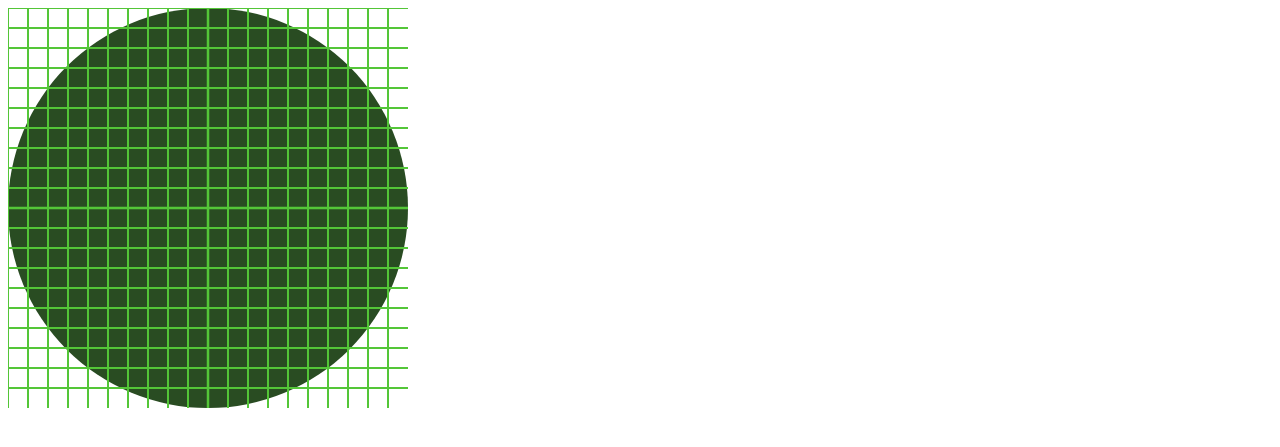
Repository: pedro-mancano/ProjetoCDM204
Page: scripts/radar.html
An editor plug-in stored every save of this project. The page is shown before and after the next save, followed by the edit.
The browser window is 1280 px wide. The pictures show the whole page.

Above is the page before, as saved 2024-11-27 08:02:53.

### scripts/radar.html
<html>

<head>
  <title>Radars</title>
  <link rel="stylesheet" type="text/css" href="./radar.css">
</head>

<body>
  <div class="radar">
    <canvas id="radarCanvas" width="400" height="400"></canvas>
  </div>
  <script src="./radar.js"></script>

</html>

### scripts/radar.js
const canvas = document.getElementById('radarCanvas');
const ctx = canvas.getContext('2d');
let lastDraw = performance.now();

function draw(elapsed) {
  ctx.clearRect(0, 0, canvas.width, canvas.height);

  const height = canvas.height;
  const width = canvas.width;

  ctx.fillStyle = '#294c22';
  // Draw the radar circle
  ctx.beginPath();
  ctx.arc(canvas.width / 2, canvas.height / 2, 200, 0, 2 * Math.PI);
  ctx.fill();
  // Draw grid lines (4 lines, 90 degrees apart)
  ctx.strokeStyle = '#54c638';
  ctx.lineWidth = 2.5;
  for (let i = 0; i < 360; i += 90) {
    ctx.beginPath();
    ctx.moveTo(canvas.width / 2, canvas.height / 2);
    ctx.lineTo(canvas.width / 2 + 200 * Math.cos(i * Math.PI / 180), canvas.height / 2 + 200 * Math.sin(i * Math.PI / 180));
    ctx.stroke();
  }
  // Draw square grid lines (background)
  ctx.strokeStyle = '#54c638';
  ctx.lineWidth = 1;
  for (let i = 0; i < width; i += width / 20) {
    for (let j = 0; j < height; j += height / 20) {
      ctx.beginPath();
      ctx.moveTo(i, 0);
      ctx.lineTo(i, height);
      ctx.stroke();
      ctx.beginPath();
      ctx.moveTo(0, j);
      ctx.lineTo(width, j);
      ctx.stroke();
    }
  }
}

function drawLoop() {
  draw(performance.now() - lastDraw);
  lastDraw = performance.now();
  requestAnimationFrame(drawLoop);
}

requestAnimationFrame(drawLoop);

Loaded but not shown: scripts/radar.css (no stored copy; drawn as an empty file)

After the next save:
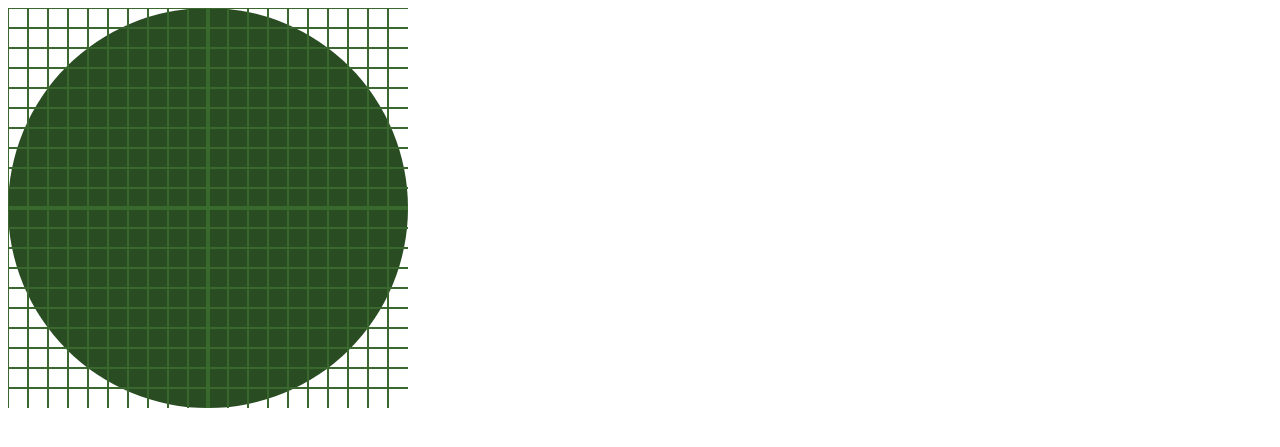
Saved 43 s later.
--- a/scripts/radar.js
+++ b/scripts/radar.js
@@ -23,7 +23,7 @@ function draw(elapsed) {
     ctx.stroke();
   }
   // Draw square grid lines (background)
-  ctx.strokeStyle = '#54c638';
+  ctx.strokeStyle = '#3a682e';
   ctx.lineWidth = 1;
   for (let i = 0; i < width; i += width / 20) {
     for (let j = 0; j < height; j += height / 20) {
